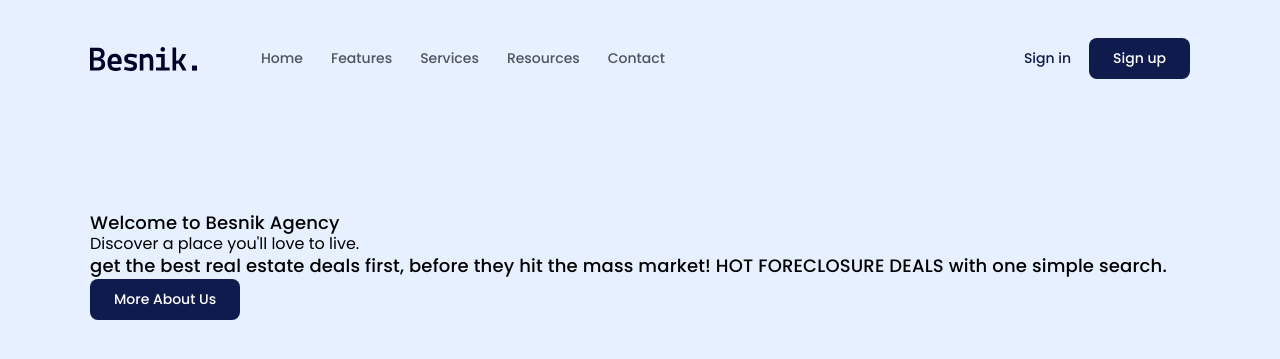
Repository: ducvui2003/f8-project-01
Page: index.html
An editor plug-in stored every save of this project. The page is shown before and after a run of saves, followed by the edit.
The browser window is 1280 px wide. The pictures show the whole page.

Above is the page before, as saved 2023-06-16 19:37:39.

After the next 2 saves:
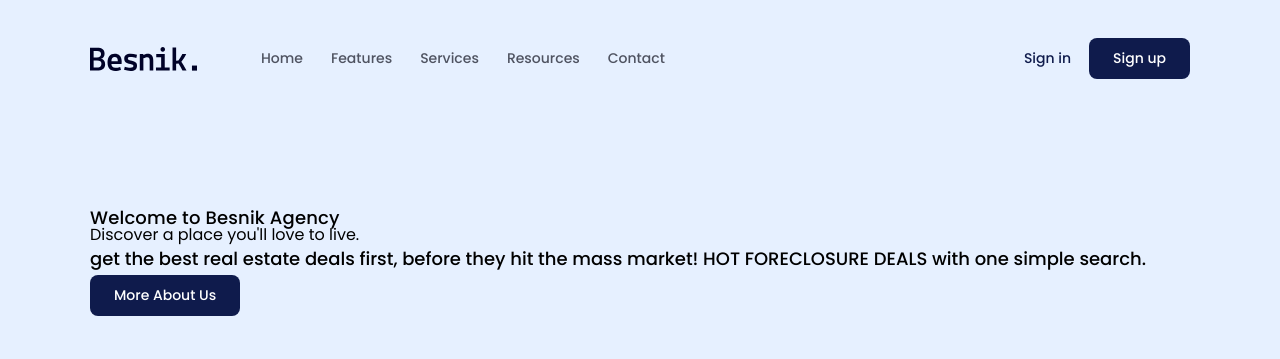
The 2 saves are shown as one change because they came seconds apart.
The last was saved 25 s later.
--- a/asset/css/styles.css
+++ b/asset/css/styles.css
@@ -85,11 +85,13 @@
 .hero .desc {
   font-style: normal;
   font-weight: 500;
-  font-size: 18px;
-  line-height: 27px;
+  font-size: 1.8rem;
+}
+.hero .sub-title {
   letter-spacing: 0.01em;
 }
 .hero .title {
 }
 .hero .desc {
+  line-height: 3.2rem;
 }
